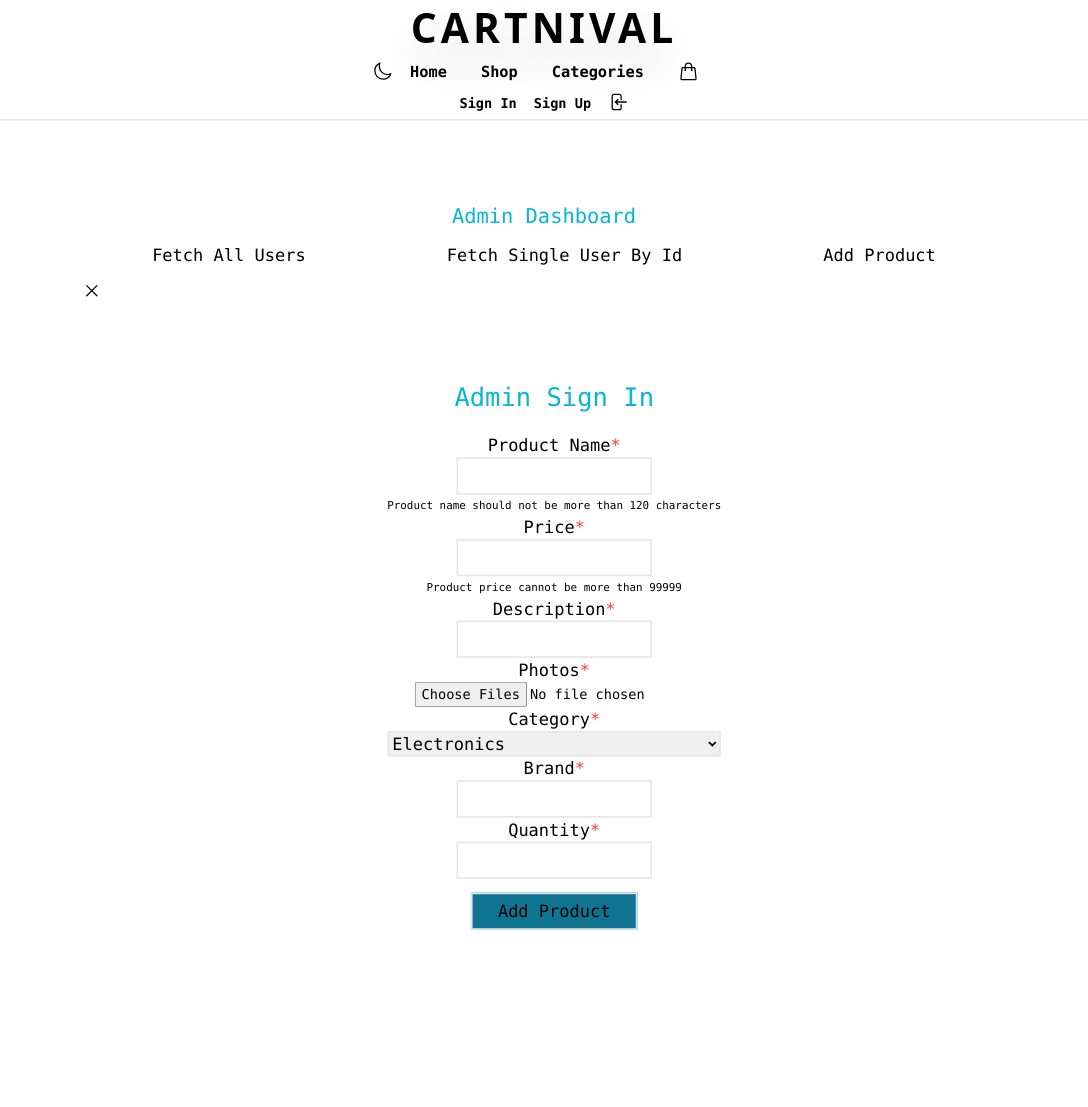
Repository: punitbathija/Cartnival
Page: /admin/dashboard (app in client/vite-project/), after clicking the first element matching `div.md\:flex > :nth-child(3)`
The author's editor kept a copy of each file at every save. The page is drawn from the files as they stood at one save, then again after the next save.
The browser window is 1280 px wide. The pictures show the whole page, at 85% of full size.
The project was rebuilt for these pictures with package versions that can differ from the ones it lists, and the page was loaded fresh each time. Also part of the build but not shown: client/vite-project/vite.config.js, client/vite-project/src/pages/Signin.jsx, client/vite-project/src/pages/Signup.jsx, client/vite-project/src/pages/ForgotPassword.jsx, client/vite-project/src/pages/ResetPassword.jsx, client/vite-project/src/pages/MyProfile.jsx, client/vite-project/src/pages/UpdatePassword.jsx, client/vite-project/src/pages/UpdateUser.jsx and 6 more.

Above is the page before, as saved 2023-03-29 15:13:21.

### client/vite-project/index.html
<!DOCTYPE html>
<html lang="en">
  <head>
    <meta charset="UTF-8" />
    <link rel="icon" type="image/svg+xml" href="/vite.svg" />
    <meta name="viewport" content="width=device-width, initial-scale=1.0" />
    <title>Vite + React</title>
  </head>
  <body className="dark">
    <div id="root"></div>
    <script type="module" src="/src/main.jsx"></script>
  </body>
</html>

### client/vite-project/src/main.jsx
import React from "react";
import ReactDOM from "react-dom/client";
import App from "./App";
import "./index.css";
import { userStore } from "./reduxStore";
import { Provider } from "react-redux";

ReactDOM.createRoot(document.getElementById("root")).render(
  <React.StrictMode>
    <Provider store={userStore}>
      <App />
    </Provider>
  </React.StrictMode>
);

### client/vite-project/src/App.jsx
import "./App.css";
import Header from "./Header";
import Signin from "./pages/Signin";
import Signup from "./pages/Signup";
import ForgotPassword from "./pages/ForgotPassword";
import ResetPassword from "./pages/ResetPassword";
import MyProfile from "./pages/MyProfile";
import UpdatePassword from "./pages/UpdatePassword";
import UpdateUser from "./pages/UpdateUser";
import FetchAllUsers from "./pages/admin-methods/FetchAllUsers";
import FetchSingleUser from "./pages/admin-methods/FetchSingleUser";
import DeleteSingleUser from "./pages/admin-methods/DeleteSingleUser";
import { useSelector } from "react-redux";
import { selectUser } from "./userSlice";
import { BrowserRouter as Router, Route, Routes } from "react-router-dom";
import AdminSignin from "./pages/admin-methods/AdminSignin";
import { AdminDashboard } from "./pages/admin-methods/AdminDashboard";
import Home from "./pages/Home";

function App() {
  const user = useSelector(selectUser);
  console.log(user);
  return (
    <>
      <Header />
      <Router>
        <Routes>
          <Route exact path="/" Component={Home} />
          <Route exact path="/signin" Component={Signin} />
          <Route exact path="/admin/signin" Component={AdminSignin} />
          <Route exact path="/admin/dashboard" Component={AdminDashboard} />
        </Routes>
      </Router>
    </>
  );
}

export default App;

### client/vite-project/src/reduxStore.js
import { configureStore } from "@reduxjs/toolkit";
import userReducer from "./userSlice";

export const userStore = configureStore({
  reducer: {
    user: userReducer,
  },
});

### client/vite-project/src/Header.jsx
import React, { useState, useEffect } from "react";
import axios from "axios";
import { signout } from "./userSlice";
import { useDispatch } from "react-redux";

const Header = () => {
  const [theme, setTheme] = useState("light");
  const api = import.meta.env.VITE_REACT_APP_BACKEND;
  const dispatch = useDispatch();

  const signOut = async (e) => {
    e.preventDefault();
    axios
      .get(`${api}signout`)
      .then((res) => {
        console.log(res);
        axios.defaults.headers.common["Authorization"] = null;
        document.cookie =
          "token=; expires=Thu, 01 Jan 1970 00:00:00 UTC; path=/;";
        dispatch(signout());
      })
      .then((err) => console.log(err));
  };

  useEffect(() => {
    if (theme === "dark") {
      document.documentElement.classList.add("dark");
    } else {
      document.documentElement.classList.remove("dark");
    }
  }, [theme]);

  const handleThemeSwitch = () => {
    setTheme(theme === "dark" ? "light" : "dark");
  };

  return (
    <>
      <div className="flex justify-center sticky top-0 z-50 dark:bg-neutral-800 dark:text-white ease-in duration-200 font-mono">
        <nav className="self-center w-full max-w-7xl">
          <div className="flex flex-col justify-around items-center border-b-2 ">
            <h1 className="uppercase py-2 text-2xl md:text-5xl text-center font-sans font-bold px-14 drop-shadow-2xl tracking-widest">
              cartnival
            </h1>

            <ul className="flex  items-center text-sm md:text-[18px] font-bold  md:px-10">
              <li>
                {theme === "light" ? (
                  <svg
                    xmlns="http://www.w3.org/2000/svg"
                    fill="none"
                    viewBox="0 0 24 24"
                    strokeWidth={1.5}
                    stroke="currentColor"
                    className="w-6 h-6 ease-in duration-500 cursor-pointer"
                    onClick={handleThemeSwitch}
                  >
                    <path
                      strokeLinecap="round"
                      strokeLinejoin="round"
                      d="M21.752 15.002A9.718 9.718 0 0118 15.75c-5.385 0-9.75-4.365-9.75-9.75 0-1.33.266-2.597.748-3.752A9.753 9.753 0 003 11.25C3 16.635 7.365 21 12.75 21a9.753 9.753 0 009.002-5.998z"
                    />
                  </svg>
                ) : (
                  <svg
                    xmlns="http://www.w3.org/2000/svg"
                    fill="none"
                    viewBox="0 0 24 24"
                    strokeWidth={1.5}
                    stroke="currentColor"
                    className="w-6 h-6 ease-in duration-500 cursor-pointer"
                    onClick={handleThemeSwitch}
                  >
                    <path
                      strokeLinecap="round"
                      strokeLinejoin="round"
                      d="M12 3v2.25m6.364.386l-1.591 1.591M21 12h-2.25m-.386 6.364l-1.591-1.591M12 18.75V21m-4.773-4.227l-1.591 1.591M5.25 12H3m4.227-4.773L5.636 5.636M15.75 12a3.75 3.75 0 11-7.5 0 3.75 3.75 0 017.5 0z"
                    />
                  </svg>
                )}
              </li>
              <li className="hover:underline  underline-offset-4 decoration-2 decoration-cyan-500 py-2 rounded-lg px-2 md:px-5">
                <a href="#">Home</a>
              </li>
              <li className="hover:underline underline-offset-4 decoration-2 decoration-cyan-500 py-2 rounded-lg px-2 md:px-5">
                <a href="#">Shop</a>
              </li>
              <li className="hover:underline underline-offset-4 decoration-2 decoration-cyan-500 py-2 rounded-lg px-2 md:px-5">
                <a href="#">Categories</a>
              </li>
              <li className="hover:underline underline-offset-4 decoration-2 decoration-cyan-500 py-2 rounded-lg px-2 md:px-5">
                <a href="#">
                  <svg
                    xmlns="http://www.w3.org/2000/svg"
                    fill="none"
                    viewBox="0 0 24 24"
                    strokeWidth={1.5}
                    stroke="currentColor"
                    className="w-6 h-6"
                  >
                    <path
                      strokeLinecap="round"
                      strokeLinejoin="round"
                      d="M15.75 10.5V6a3.75 3.75 0 10-7.5 0v4.5m11.356-1.993l1.263 12c.07.665-.45 1.243-1.119 1.243H4.25a1.125 1.125 0 01-1.12-1.243l1.264-12A1.125 1.125 0 015.513 7.5h12.974c.576 0 1.059.435 1.119 1.007zM8.625 10.5a.375.375 0 11-.75 0 .375.375 0 01.75 0zm7.5 0a.375.375 0 11-.75 0 .375.375 0 01.75 0z"
                    />
                  </svg>
                </a>
              </li>
            </ul>
            <div className="flex space-x-5 text-sm md:text-[16px]">
              <h1 className=" py-2 font-semibold hover:underline decoration-cyan-500  cursor-pointer">
                Sign In
              </h1>
              <h1 className=" py-2 font-semibold hover:underline decoration-cyan-500  cursor-pointer">
                Sign Up
              </h1>
              <svg
                xmlns="http://www.w3.org/2000/svg"
                fill="none"
                viewBox="0 0 24 24"
                strokeWidth={1.5}
                stroke="currentColor"
                className="w-6 h-6 mt-1 cursor-pointer"
                onClick={signOut}
              >
                <path
                  strokeLinecap="round"
                  strokeLinejoin="round"
                  d="M15.75 9V5.25A2.25 2.25 0 0013.5 3h-6a2.25 2.25 0 00-2.25 2.25v13.5A2.25 2.25 0 007.5 21h6a2.25 2.25 0 002.25-2.25V15M12 9l-3 3m0 0l3 3m-3-3h12.75"
                />
              </svg>
            </div>
          </div>
        </nav>
      </div>
    </>
  );
};

export default Header;

### client/vite-project/src/userSlice.js
import { createSlice } from "@reduxjs/toolkit";

const initialState = {
  user: null,
};

export const userSlice = createSlice({
  name: "user",
  initialState,

  reducers: {
    signin: (state, action) => {
      state.user = action.payload;
    },

    signout: (state) => {
      state.user = null;
    },
  },
});

export const { signin, signout } = userSlice.actions;

export const selectUser = (state) => state.user.user;

export default userSlice.reducer;

### client/vite-project/src/pages/admin-methods/AdminDashboard.jsx
import React, { useState } from "react";
import FetchAllUsers from "./FetchAllUsers";
import { useSelector } from "react-redux";
import { selectUser } from "../../userSlice";
import FetchSingleUser from "./FetchSingleUser";
import AddProduct from "./AddProduct";

export const AdminDashboard = () => {
  const user = useSelector(selectUser);
  console.log(user);
  const [showFetchAllUsers, setShowFetchAllUsers] = useState(false);
  const [showFetchSingleUser, setShowFetchSingleUser] = useState(false);
  const [showAddProduct, setShowAddProduct] = useState(false);

  const handleFetchAllUsers = () => {
    setShowFetchAllUsers(true);
  };

  const closeFetchAllUsers = () => {
    setShowFetchAllUsers(false);
  };

  const handleFetchSingleUser = () => {
    setShowFetchSingleUser(true);
  };

  const closeFetchSingleUser = () => {
    setShowFetchSingleUser(false);
  };

  const handleAddProduct = () => {
    setShowAddProduct(true);
  };

  const closeAddProduct = () => {
    setShowAddProduct(false);
  };

  return (
    <div className="flex flex-col gap-4 p-24 text-center align-middle justify-items-center m-auto dark:bg-neutral-800 dark:text-white ease-in duration-200 font-mono">
      <h1 className="text-2xl text-cyan-500">Admin Dashboard</h1>
      <div className="md:flex justify-around">
        <button className="text-xl" onClick={handleFetchAllUsers}>
          Fetch All Users
        </button>
        <button className="text-xl" onClick={handleFetchSingleUser}>
          Fetch Single User By Id
        </button>
        <button className="text-xl" onClick={handleAddProduct}>
          Add Product
        </button>
      </div>
      <div className="flex">
        {showFetchAllUsers && (
          <svg
            xmlns="http://www.w3.org/2000/svg"
            fill="none"
            viewBox="0 0 24 24"
            strokeWidth={1.5}
            stroke="currentColor"
            className="w-6 h-6 cursor-pointer"
            onClick={closeFetchAllUsers}
          >
            <path
              strokeLinecap="round"
              strokeLinejoin="round"
              d="M6 18L18 6M6 6l12 12"
            />
          </svg>
        )}
        {showFetchAllUsers && <FetchAllUsers />}
        {showFetchSingleUser && (
          <svg
            xmlns="http://www.w3.org/2000/svg"
            fill="none"
            viewBox="0 0 24 24"
            strokeWidth={1.5}
            stroke="currentColor"
            className="w-6 h-6 cursor-pointer"
            onClick={closeFetchSingleUser}
          >
            <path
              strokeLinecap="round"
              strokeLinejoin="round"
              d="M6 18L18 6M6 6l12 12"
            />
          </svg>
        )}
        {showFetchSingleUser && <FetchSingleUser />}
        {showAddProduct && (
          <svg
            xmlns="http://www.w3.org/2000/svg"
            fill="none"
            viewBox="0 0 24 24"
            strokeWidth={1.5}
            stroke="currentColor"
            className="w-6 h-6 cursor-pointer"
            onClick={closeAddProduct}
          >
            <path
              strokeLinecap="round"
              strokeLinejoin="round"
              d="M6 18L18 6M6 6l12 12"
            />
          </svg>
        )}
        {showAddProduct && <AddProduct />}
      </div>
    </div>
  );
};

### client/vite-project/src/pages/admin-methods/AddProduct.jsx
import React, { useState } from "react";
import axios from "axios";

const AddProduct = () => {
  const [error, setError] = useState("");
  const api = import.meta.env.VITE_REACT_APP_BACKEND;
  const [name, setName] = useState("");
  const [price, setPrice] = useState("");
  const [description, setDescription] = useState("");
  const [photos, setPhotos] = useState([]);
  const [category, setCategory] = useState("");
  const [brand, setBrand] = useState("");
  const [quantity, setQuantity] = useState("");

  const handleAddProduct = async (e) => {
    e.preventDefault();

    await axios
      .post(`${api}admin/product/add`, formData, {
        headers: {
          "Content-Type": "multipart/form-data",
        },
      })
      .then((res) => {
        console.log(res);
      })
      .catch((error) => {
        console.log(error);
      });
    const formData = new FormData();
    formData.append("name", name);
    formData.append("description", description);
    formData.append("price", price);
    formData.append("photos", photos);
    formData.append("category", category);
    formData.append("brand", brand);
    formData.append("quantity", quantity);
  };

  return (
    <div className="md:flex p-24 justify-center gap-36 text-center align-middle justify-items-center m-auto dark:bg-neutral-800 dark:text-white ease-in duration-200 font-mono">
      <div className="">
        <h1 className="text-3xl py-6 text-cyan-500">Admin Sign In</h1>
        <form onSubmit={handleAddProduct} encType="multipart/form-data">
          <p className="md:text-xl">
            Product Name<span className="text-red-500">*</span>
          </p>
          <input
            type="text"
            className="border-2 p-2 dark:text-black"
            onChange={(e) => setName(e.target.value)}
            value={name}
          />
          <br />
          <small>Product name should not be more than 120 characters</small>

          <p className="md:text-xl ">
            Price<span className="text-red-500">*</span>
          </p>
          <input
            type="number"
            className="border-2 p-2 dark:text-black"
            onChange={(e) => setPrice(e.target.value)}
            value={price}
          />
          <br />
          <small>Product price cannot be more than 99999</small>

          <p className="md:text-xl ">
            Description<span className="text-red-500">*</span>
          </p>
          <input
            type="text"
            className="border-2 p-2 dark:text-black"
            onChange={(e) => setDescription(e.target.value)}
            value={description}
          />
          <p className="md:text-xl ">
            Photos<span className="text-red-500">*</span>
          </p>
          <input
            type="file"
            id="photos"
            name="photos"
            multiple
            onChange={(e) => setPhotos(e.target.files)}
          />

          <p className="md:text-xl ">
            Category<span className="text-red-500">*</span>
          </p>
          <div className="flex flex-col m-auto">
            <select
              className="border-2 text-black text-xl"
              value={category}
              onChange={(e) => setCategory(e.target.value)}
            >
              <option className="border-2" value="Electronics">
                Electronics
              </option>
              <option className="border-2" value="Home and Kitchen">
                Home and Kitchen
              </option>
              <option className="border-2" value="Clothing and Accessories">
                Clothing and Accessories
              </option>
              <option className="border-2" value="Beauty">
                Beauty
              </option>
              <option className="border-2" value="Toys and Games">
                Toys and Games
              </option>
            </select>
          </div>

          <p className="md:text-xl ">
            Brand<span className="text-red-500">*</span>
          </p>
          <input
            type="text"
            className="border-2 p-2 dark:text-black"
            onChange={(e) => setBrand(e.target.value)}
            value={brand}
          />

          <p className="md:text-xl ">
            Quantity<span className="text-red-500">*</span>
          </p>
          <input
            type="number"
            className="border-2 p-2 dark:text-black"
            onChange={(e) => setQuantity(e.target.value)}
            value={quantity}
          />
          <button
            className="my-4 text-xl border-2 p-1.5 bg-cyan-700 w-[50%] m-auto"
            onClick={handleAddProduct}
          >
            Add Product
          </button>
        </form>
      </div>
    </div>
  );
};

export default AddProduct;

### client/vite-project/tailwind.config.cjs
/** @type {import('tailwindcss').Config} */
module.exports = {
  content: ["./index.html", "./src/**/*.{js,ts,jsx,tsx}"],
  darkMode: "class",
  theme: {},
  plugins: [],
};

Loaded but not shown: client/vite-project/src/index.css (common file); client/vite-project/src/App.css (no stored copy; drawn as an empty file)

After the next save:
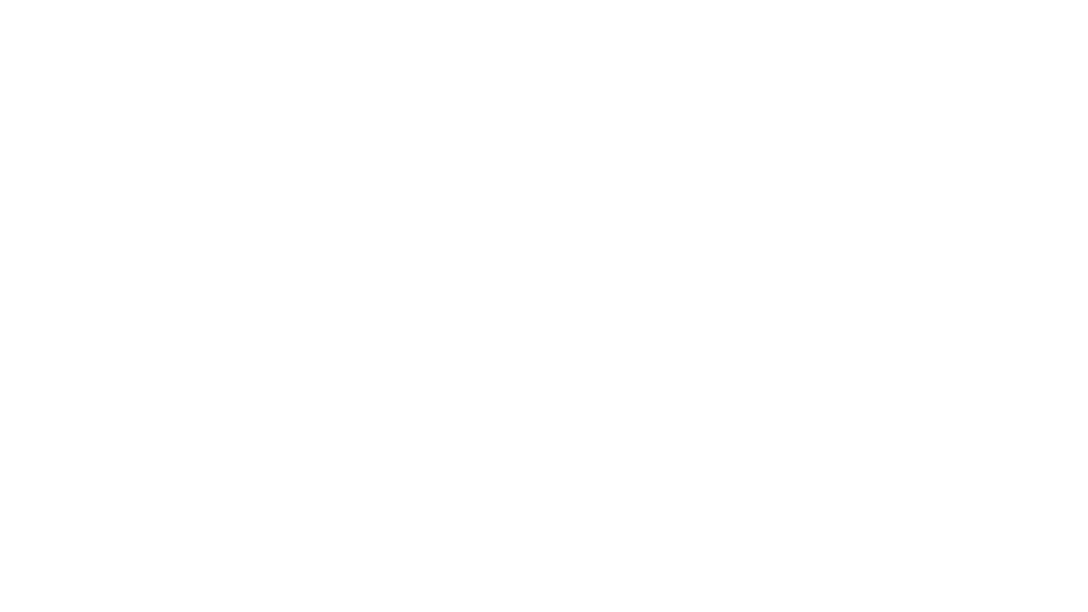
Console error: ReferenceError: Cannot access 'name' before initialization
Saved 24 s later.
--- a/client/vite-project/src/pages/admin-methods/AddProduct.jsx
+++ b/client/vite-project/src/pages/admin-methods/AddProduct.jsx
@@ -2,7 +2,17 @@
 import axios from "axios";
 
 const AddProduct = () => {
+  const formData = new FormData();
+  formData.append("name", name);
+  formData.append("description", description);
+  formData.append("price", price);
+  formData.append("photos", photos);
+  formData.append("category", category);
+  formData.append("brand", brand);
+  formData.append("quantity", quantity);
+
   const [error, setError] = useState("");
+
   const api = import.meta.env.VITE_REACT_APP_BACKEND;
   const [name, setName] = useState("");
   const [price, setPrice] = useState("");
@@ -27,14 +37,6 @@
       .catch((error) => {
         console.log(error);
       });
-    const formData = new FormData();
-    formData.append("name", name);
-    formData.append("description", description);
-    formData.append("price", price);
-    formData.append("photos", photos);
-    formData.append("category", category);
-    formData.append("brand", brand);
-    formData.append("quantity", quantity);
   };
 
   return (

After the save that followed:
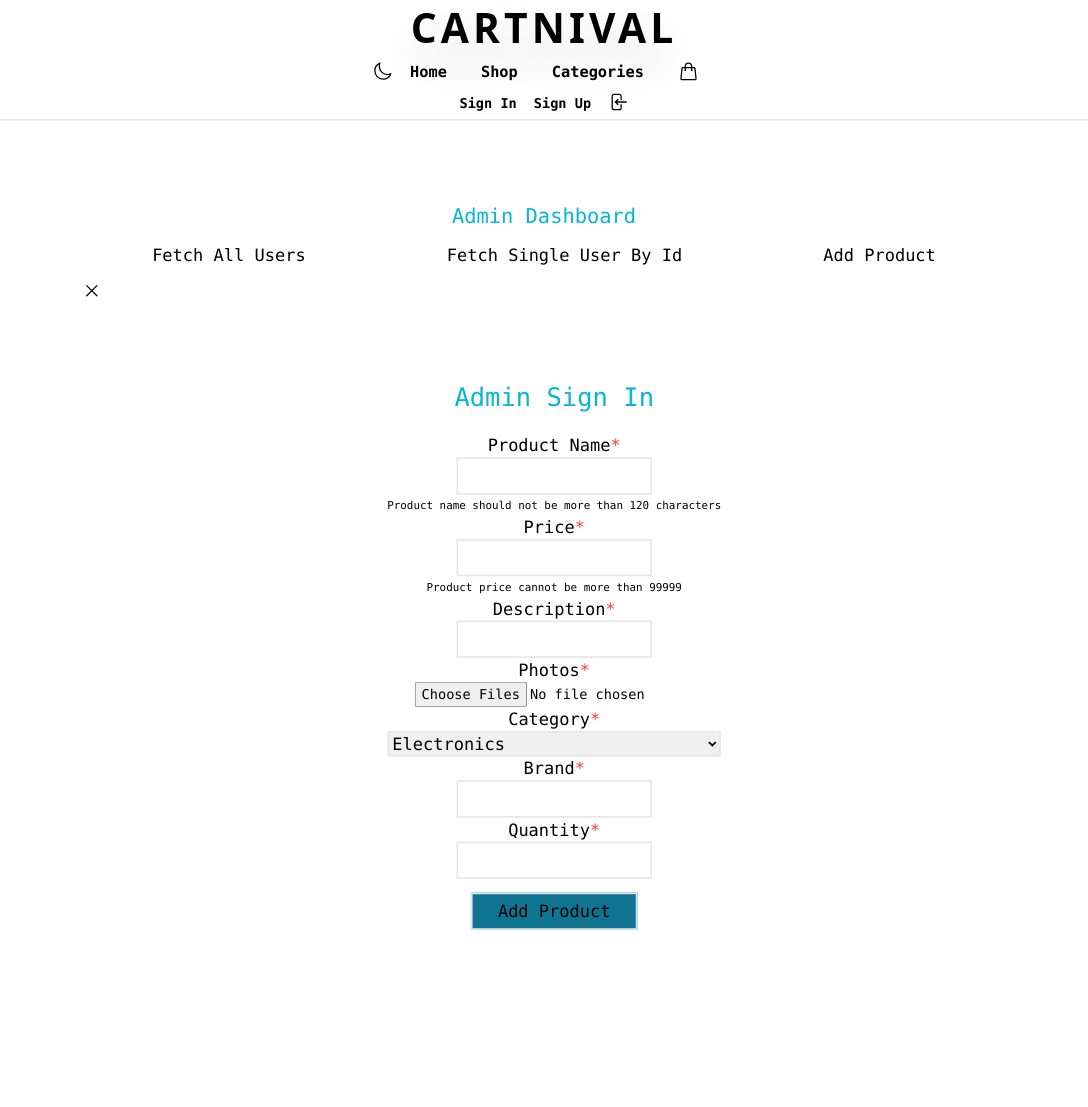
The error is gone.
Saved 17 s later.
--- a/client/vite-project/src/pages/admin-methods/AddProduct.jsx
+++ b/client/vite-project/src/pages/admin-methods/AddProduct.jsx
@@ -2,15 +2,6 @@
 import axios from "axios";
 
 const AddProduct = () => {
-  const formData = new FormData();
-  formData.append("name", name);
-  formData.append("description", description);
-  formData.append("price", price);
-  formData.append("photos", photos);
-  formData.append("category", category);
-  formData.append("brand", brand);
-  formData.append("quantity", quantity);
-
   const [error, setError] = useState("");
 
   const api = import.meta.env.VITE_REACT_APP_BACKEND;
@@ -21,6 +12,15 @@
   const [category, setCategory] = useState("");
   const [brand, setBrand] = useState("");
   const [quantity, setQuantity] = useState("");
+
+  const formData = new FormData();
+  formData.append("name", name);
+  formData.append("description", description);
+  formData.append("price", price);
+  formData.append("photos", photos);
+  formData.append("category", category);
+  formData.append("brand", brand);
+  formData.append("quantity", quantity);
 
   const handleAddProduct = async (e) => {
     e.preventDefault();
